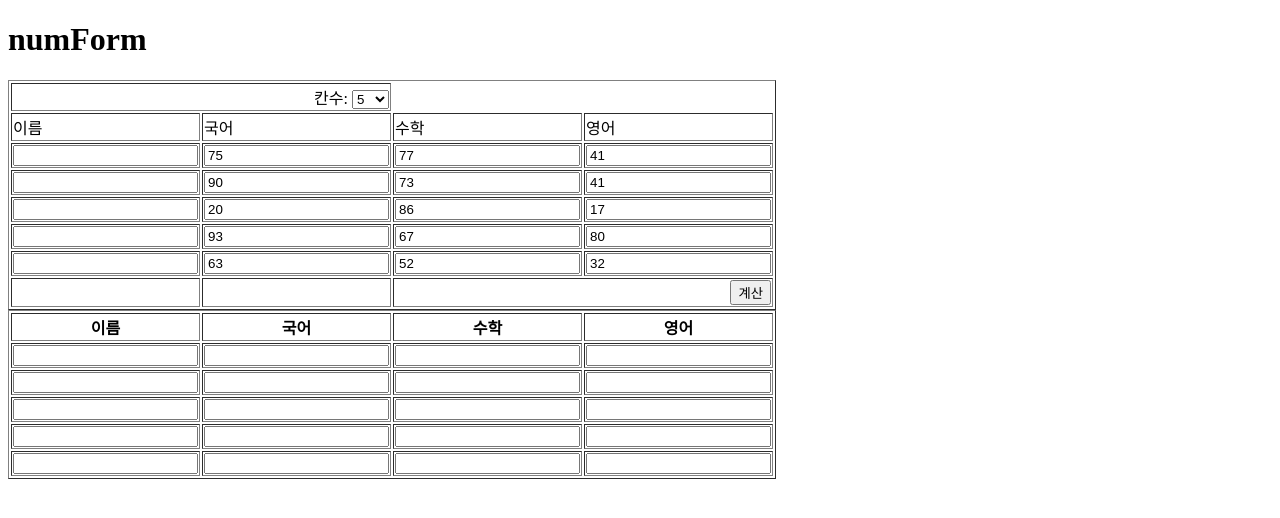
Repository: Jamikidu/newJsp
Page: http://localhost/jspProj/request/numForm.jsp
The author's editor kept a copy of each file at every save. The page is drawn from the files as they stood at one save, then again after the next save.
The browser window is 1280 px wide. The pictures show the whole page.
The page is served by Tomcat 9. Other server files are loaded and not shown.

Above is the page before, as saved 2023-07-27 08:22:45.

### jspProj/src/main/webapp/request/numForm.jsp
<%@ page language="java" contentType="text/html; charset=UTF-8"
    pageEncoding="UTF-8"%>
<%
	int cnt = 5;
	if(request.getParameter("cnt") != null){
		cnt = Integer.parseInt(request.getParameter("cnt"));
	}

%>
<!DOCTYPE html>
<html>
<head>
<meta charset="UTF-8">
<title>numForm</title>
<script type="text/javascript">
	function cntChange(){

		qwer.action="?"
		qwer.submit()
	}
</script>
</head>
<body>
<h1>numForm</h1>
<form action="numReg.jsp" name="qwer">
	<table border="">
		<tr>
			<td colspan="2" align="right">
			칸수:
				<select name="cnt" id="" onchange="cntChange()">
				<% for(int i=5; i<=30; i+=5){
				   String sel ="";

				   if(i == cnt){
					   sel = "selected";
				   }
				%>
					<option <%=sel%>><%=i %></option>
				<% } %>
				</select>
			</td>

		</tr>
		<tr>
			<td>이름</td>
			<td>국어</td>
			<td>수학</td>
			<td>영어</td>
		</tr>
		<tr>
		 <% for(int i=0;i<5;i++){ %>
			<td><input type="text" name="per"></td>
			<td><input type="text" name="kor" value="<%=(int)(Math.random()*90)+10 %>" /></td>
			<td><input type="text" name="eng" value="<%=(int)(Math.random()*90)+10 %>" /></td>
			<td><input type="text" name="meth" value="<%=(int)(Math.random()*90)+10 %>" /></td>
		</tr>
		<% } %>

		<tr>
			<td></td>
			<td></td>
			<td colspan="2" align="right">
				<input type="submit" value="계산" />
			</td>
		</tr>
	</table>
</form>
<table border="">
	<tr>
		<th>이름</th>
		<th>국어</th>
		<th>수학</th>
		<th>영어</th>
	</tr>
	<tr>
		 <% for(int i=0;i<5;i++){ %>
			<td><input type="text" value=""></td>
			<td><input type="text" value="" /></td>
			<td><input type="text" value="" /></td>
			<td><input type="text" value="" /></td>
	</tr>
	<% } %>
</table>

</body>
</html>

After the next save:
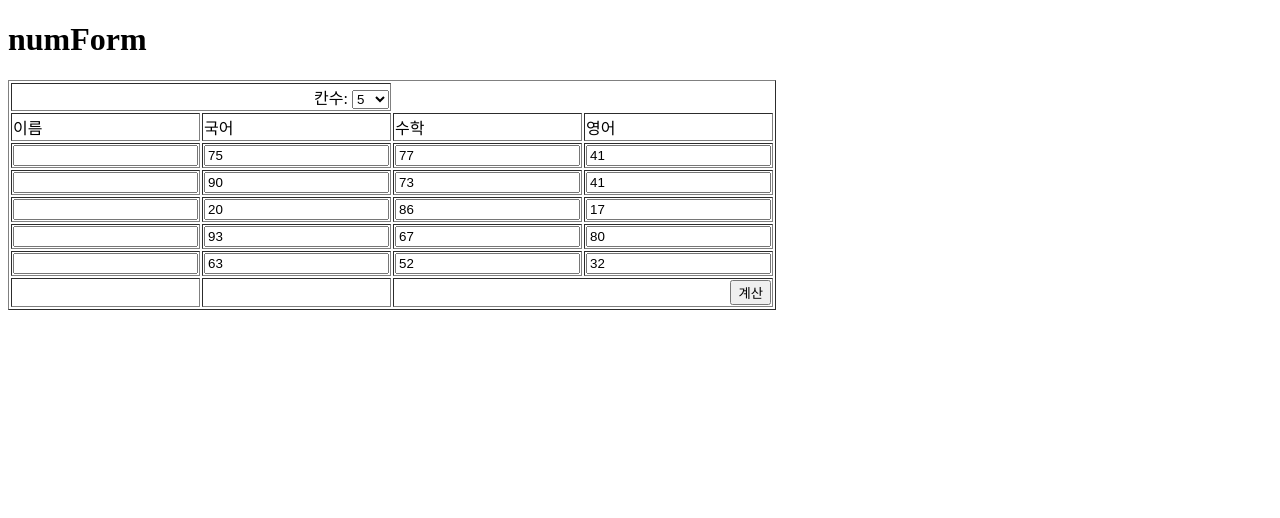
Saved 62 s later.
--- a/jspProj/src/main/webapp/request/numForm.jsp
+++ b/jspProj/src/main/webapp/request/numForm.jsp
@@ -65,22 +65,7 @@
 		</tr>
 	</table>
 </form>
-<table border="">
-	<tr>
-		<th>이름</th>
-		<th>국어</th>
-		<th>수학</th>
-		<th>영어</th>
-	</tr>
-	<tr>
-		 <% for(int i=0;i<5;i++){ %>
-			<td><input type="text" value=""></td>
-			<td><input type="text" value="" /></td>
-			<td><input type="text" value="" /></td>
-			<td><input type="text" value="" /></td>
-	</tr>
-	<% } %>
-</table>
+
 
 </body>
 </html>
